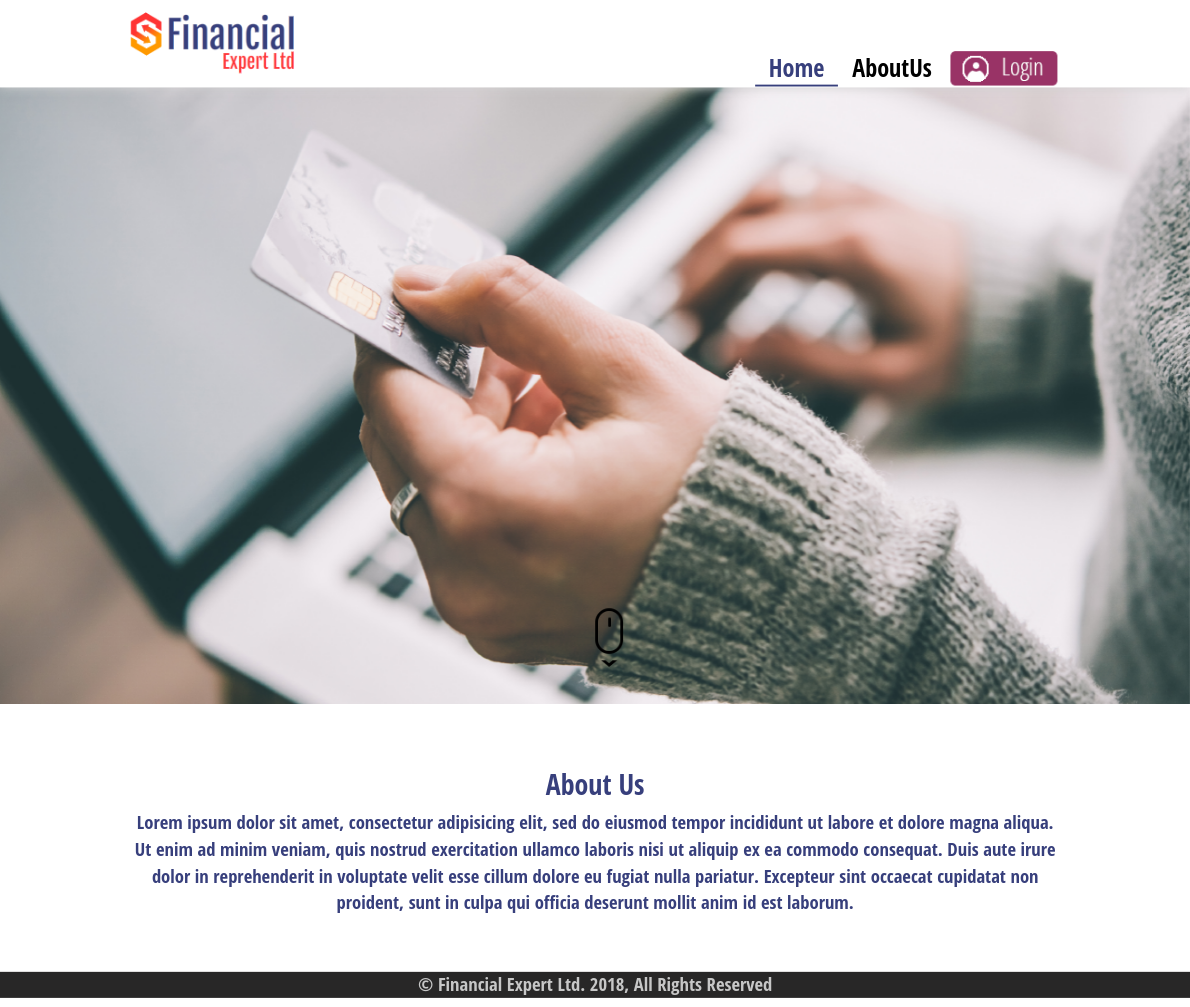
Repository: intkhabahmed/AcceleratedBootcampWebsites
Page: http://localhost/BenefitsCards/UI/index.jsp
An editor plug-in stored every save of this project. The page is shown before and after the next save, followed by the edit.
The browser window is 1280 px wide. The pictures show the whole page, at 93% of full size.
Some web fonts or font styles are not loaded; a fallback is used. The page is served by Tomcat 9. Nobody is signed in. The application's start-up code is not run.

Above is the page before, as saved 2018-01-29 07:30:36.

After the next save:
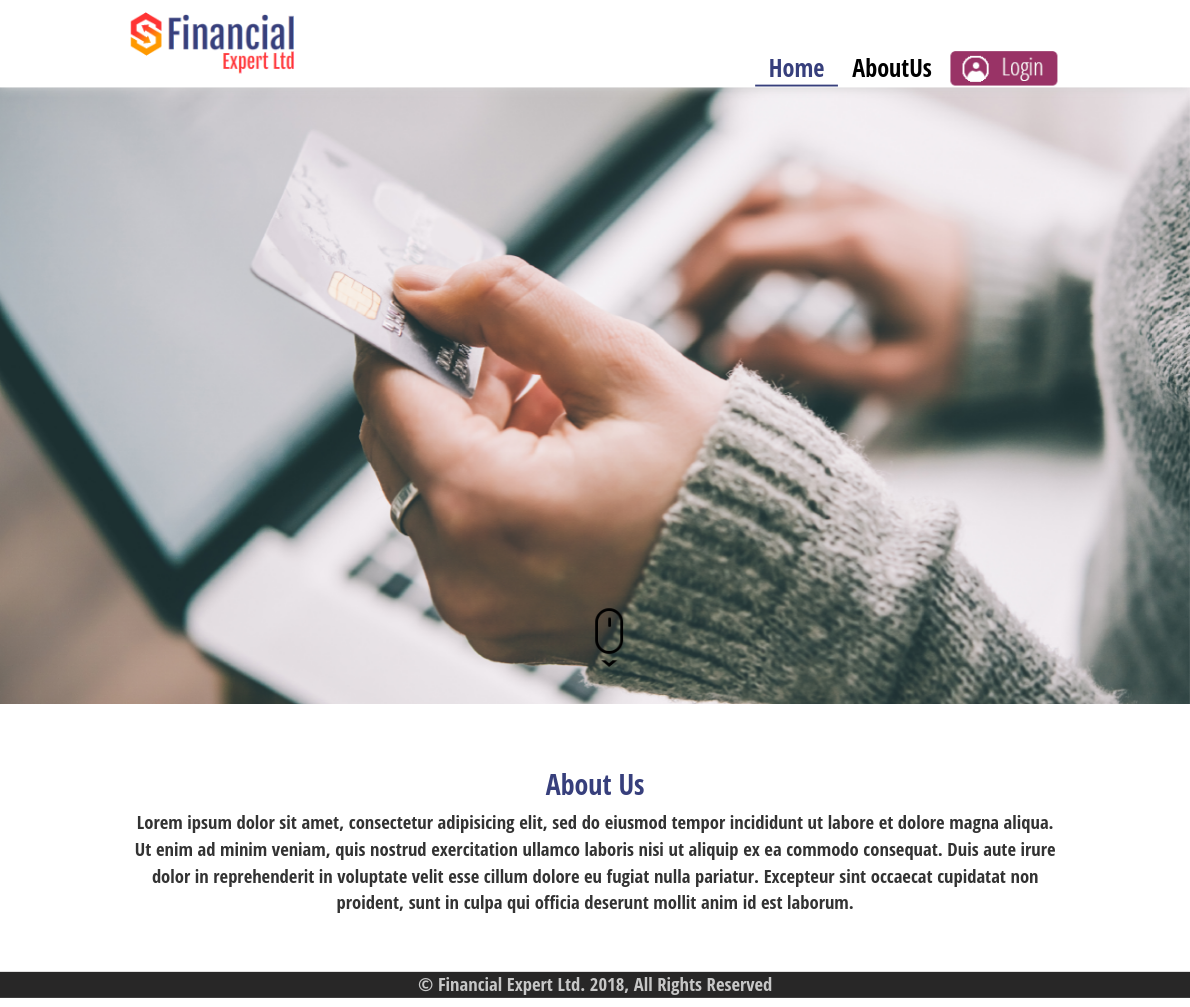
Saved 3 min 34 s later.
--- a/BenefitsCards/WebContent/css/custom.css
+++ b/BenefitsCards/WebContent/css/custom.css
@@ -338,6 +338,9 @@ textarea {
 
 #aboutus {
 	padding: 10px;
+
+}
+#aboutus h2 {
 	color: #373f7c;
 }
 .carousel-control {
